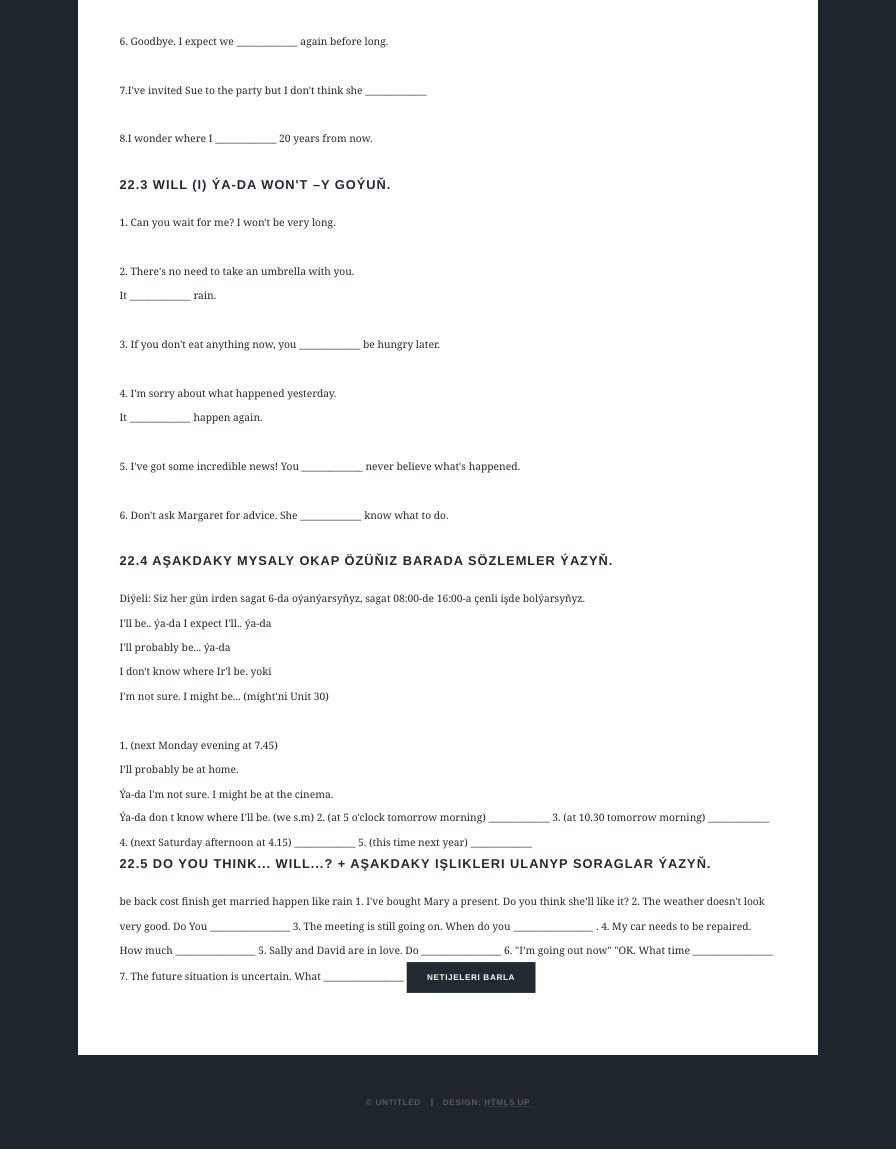
Repository: Sahet-dev/English-grammar-app
Page: test/test_unit _22.html
An editor plug-in stored every save of this project. The page is shown before and after the next save, followed by the edit.
The browser window is 1280 px wide. The pictures show the part of the page from y = 1369 to 3289 px (the page is 3010 px tall before and 3289 px after), at 70% of full size.
Some web fonts or font styles are not loaded; a fallback is used.

Above is the page before, as saved 2022-06-24 16:37:45.

After the next save:
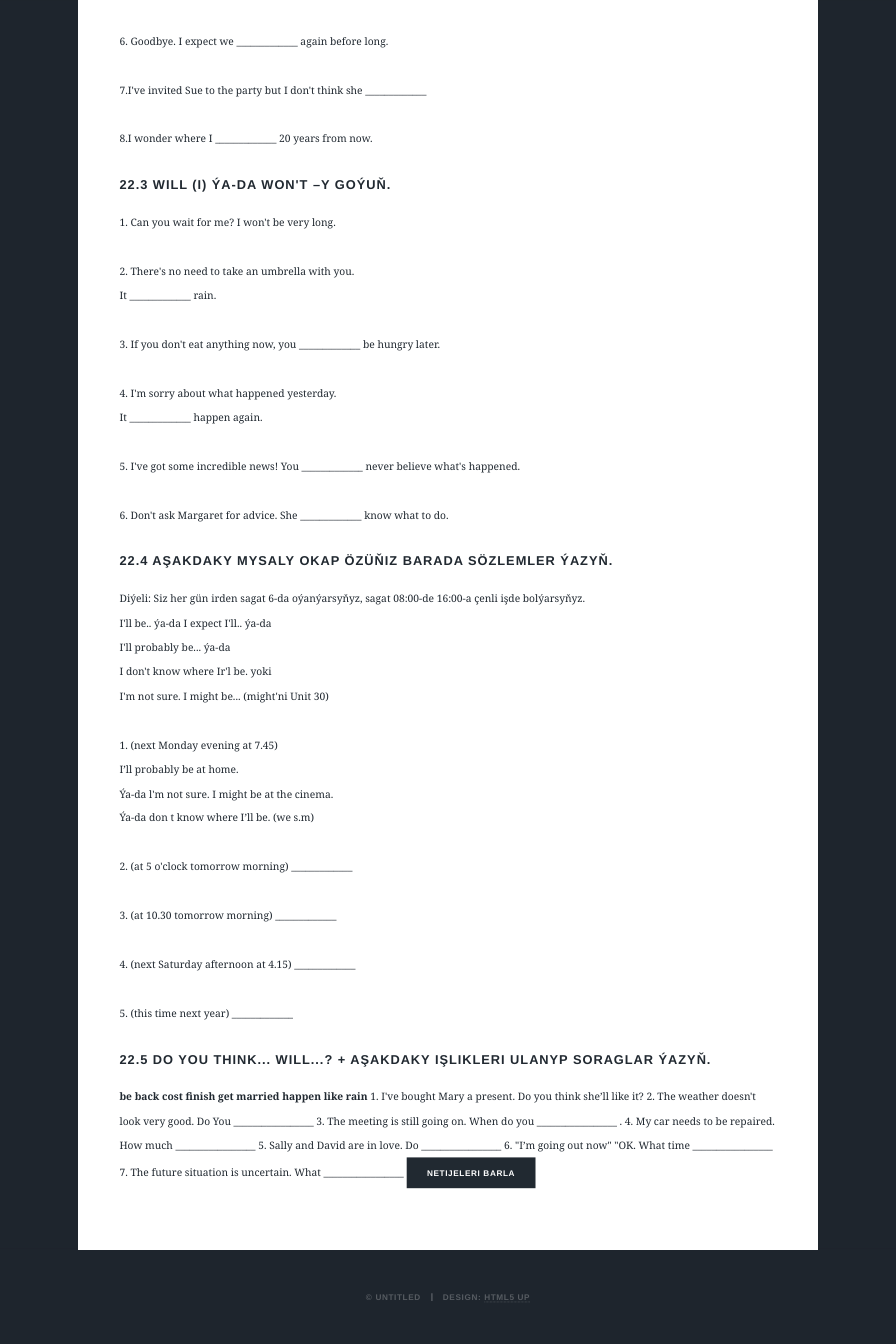
Saved 26 s later.
--- a/test/test_unit _22.html
+++ b/test/test_unit _22.html
@@ -152,24 +152,24 @@
 														I’ll probably be at home.<br>
 														Ýa-da l'm not sure. I might be at the cinema.<br>
 														Ýa-da don t know where I’ll be. (we s.m)
-
+														<br><br>
 														2. (at 5 o'clock tomorrow morning)     _____________
-
+														<br><br>
 
 
 														3. (at 10.30 tomorrow morning)     _____________
-
+														<br><br>
 														4. (next Saturday afternoon at 4.15)     _____________
-
+														<br><br>
 
 														5. (this time next year)     _____________
-
+														<br><br>
 
 													<h3>22.5
 
 														Do you think... will...? + aşakdaky işlikleri ulanyp soraglar ýazyň.
 													</h3>
-														be back
+													<b>	be back
 
 														cost
 
@@ -181,7 +181,7 @@
 
 														like
 
-														rain
+														rain </b>
 
 														1. I've bought Mary a present. Do you think she’ll like it?
 
